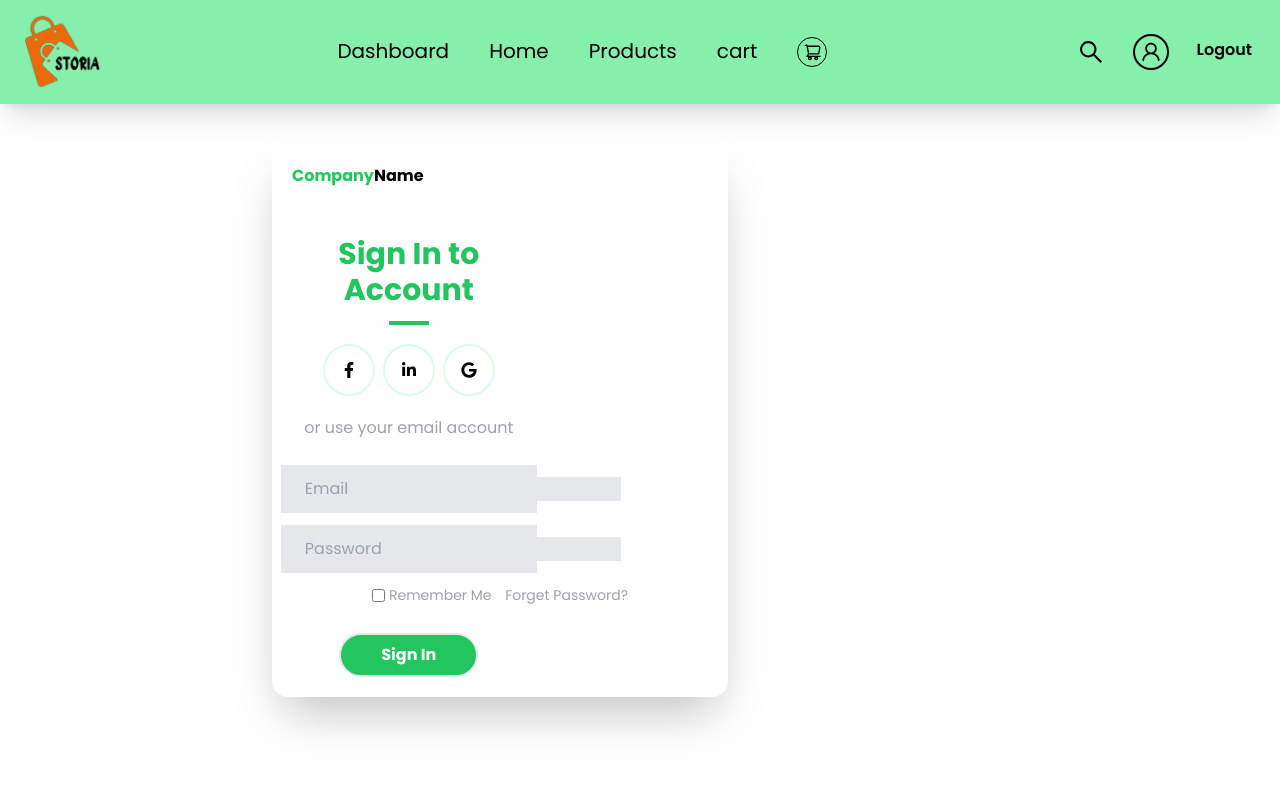
Repository: Wafaabahgat/Mtjar
Page: /signup
These files come from the project's save history. The page is drawn as it stood at one moment and after a run of saves; the edit follows.
The browser window is 1280 px wide. The pictures show the whole page.
The project was rebuilt for these pictures with package versions that can differ from the ones it lists, and the page was loaded fresh each time. Also part of the build but not shown: vite.config.js, src/models/form-model-login.jsx, src/components/Auth/Login.jsx, src/pages/Home.jsx.

Above is the page before, as saved 2023-10-04 01:10:24.

### index.html
<!DOCTYPE html>
<html lang="en">
  <head>
    <meta charset="UTF-8" />
    <link rel="icon" type="image/svg+xml" href="/vite.svg" />
    <meta name="viewport" content="width=device-width, initial-scale=1.0" />
    <title>Vite + React</title>
  </head>
  <body>
    <div id="root" class="flex h-screen"></div>
    <script type="module" src="/src/main.jsx"></script>
  </body>
</html>

### src/main.jsx
import React from "react";
import ReactDOM from "react-dom/client";
import ".//index.css";
import { RouterProvider } from "react-router-dom";
import router from "./App";

ReactDOM.createRoot(document.getElementById("root")).render(
  <React.StrictMode>
    <RouterProvider router={router} />
  </React.StrictMode>
);

### src/index.css
@import url("https://fonts.googleapis.com/css2?family=Poppins:wght@300;400;500;600;700;800;900&display=swap");
@tailwind base;
@tailwind components;
@tailwind utilities;

* {
  margin: 0;
  padding: 0;
  font-family: "Poppins", sans-serif;
}

### src/App.jsx
import { createBrowserRouter } from "react-router-dom";
import ".//index.css";
import "./App.css";
import Login from "./components/Auth/Login";
import Signup from "./components/Auth/Signup";
import Home from "./pages/Home";
import Root from "./pages/Root";

const router = createBrowserRouter([
  {
    path: "/",
    element: <Root />,
    children: [
      {
        path: "/login",
        element: <Login />,
      },
      {
        path: "/signup",
        element: <Signup />,
      },
      {
        path: "/home",
        element: <Home />,
      },
    ],
  },
]);
export default router;

### src/components/Auth/Signup.jsx
import FormModelSignup from "../../models/form-model-signUp";
import MetaDate from "../../lib/metaDate";

const Signup = () => {
  return (
    <>
      <div className="flex flex-col items-center justify-center w-full flex-1 px-60 py-28">
        <div className="bg-white rounded-2xl shadow-2xl max-w-[800px] flex md:w-5/6">
          <MetaDate ttl="Register - page" disc="The register page" />
          <FormModelSignup />
        </div>
      </div>
    </>
  );
};

export default Signup;

### src/pages/Root.jsx
import { Outlet } from "react-router-dom";
import Navbar  from "../components/Layouts/Navbar";

const Root = () => {
  return (
    <div>
      <Navbar />
      <Outlet />
    </div>
  );
};

export default Root;

### src/lib/metaDate.tsx
import { FC } from "react";
import { Helmet } from "react-helmet";

interface metaDateProps {
  ttl: string;
  disc?: string;
}

const MetaDate: FC<metaDateProps> = ({ ttl, disc }) => {
  return (
    <Helmet>
      <title>{ttl}</title>
      <meta name="description" content={disc} />
    </Helmet>
  );
};

export default MetaDate;

### src/models/form-model-signUp.jsx
import Button from "../components/Ui/Button";
import SignupLoginForm from "../components/Form/SignupLoginForm";
import SignupLoginmodel from "./SignupLoginmodel";
import LoginForm from "../components/Form/LoginForm";

const FormModelSignup = () => {
  return (
    <>
      {/* SignIn */}
      <div className="w-3/5 p-5 md:w-4/5">
        <SignupLoginmodel text="Sign In to Account"/>
        <div className="flex flex-col items-center mt-[-15px]">
          <LoginForm />
        </div>
        <div className="flex justify-between w-64 my-3 mx-20">
          <label className="flex items-center  text-sm md:text-xs text-gray-400">
            <input type="checkbox" name="remember" className="mr-1" />
            Remember Me
          </label>
          <a
            href="#"
            className="text-sm md:text-xs text-gray-400 hover:text-green-500 "
          >
            Forget Password?
          </a>
        </div>
        <Button
          type="submit"
          text="Sign In"
          variant={"default"}
          className="bg-green-500"
        />
      </div>


    </>
  );
};

export default FormModelSignup;

### src/components/Layouts/Navbar.jsx
import { useState } from "react";
import { Link } from "react-router-dom";
import Logo from '../../assets/mainLogo.png'; // Adjust the path as needed

import {
  AiOutlineShoppingCart,
  AiOutlineUser,
  AiOutlineSearch,
  AiOutlineClose,
  AiOutlineMenu,
} from "react-icons/ai";

const Navbar = () => {
  const [nav, setNav] = useState(false);

  const handelNav = () => {
    setNav(!nav);
  };

  return (
    <div className="fixed left-0 top-0 w-full z-10 shadow-xl">
      <div className="max-w-[1740px] m-auto flex justify-between items-center p-3 bg-green-300">
        <Link to="/home">
          <img src={Logo} alt="Logo" className="w-[80px] ml-3 md:w-[60px]" />
        </Link>
        <ul className="flex text-xl md:text-sm sm:hidden">
          <Link>
            <li className="p-5">Dashboard</li>
          </Link>
          <Link>
            <li className="p-5">Home</li>
          </Link>
          <Link>
            <li className="p-5">Products</li>
          </Link>
          <Link>
            <li className="p-5"> cart</li>
          </Link>
          <Link>
            <li className="p-5">
              <AiOutlineShoppingCart className="text-3xl border p-1 rounded-full border-black md:text-2xl" />
            </li>
          </Link>
        </ul>

        {/* Mobile Screen */}
        <div className="hidden sm:block" onClick={handelNav}>
          {/* <AiOutlineMenu size={20} /> */}
          {nav ? <AiOutlineClose size={20} /> : <AiOutlineMenu size={20} />}
        </div>

        <div
          className={
            nav
              ? "hidden sm:block absolute top-0 mt-[70px] right-0 left-0 w-full h-screen text-center"
              : "hidden sm:block absolute top-0 mt-[70px] right-0 left-[-100%] w-full h-screen text-center"
          }
        >
          <ul>
            <Link>
              <li className="p-5 text-xl shadow-lg">Dashboard</li>
            </Link>
            <Link to="/home">
              <li className="p-5 text-xl shadow-lg">Home</li>
            </Link>
            <Link>
              <li className="p-5 text-xl shadow-lg">Products</li>
            </Link>
            <Link>
              <li className="p-5 text-xl shadow-lg">Cart</li>
            </Link>
            <Link>
              <li className="p-5 text-xl shadow-lg flex justify-center item-center">
                <AiOutlineShoppingCart className="text-3xl border p-1 rounded-full border-black " />
              </li>
            </Link>
          </ul>
        </div>

        {/* Profile */}
        <ul className="flex">
          <li className="p-3">
            <AiOutlineSearch className="text-4xl border-black p-1 md:text-3xl" />
          </li>
          <li className="p-3">
            <AiOutlineUser className="text-4xl border-2 rounded-full border-black p-1 md:text-3xl" />
          </li>
          <li className="p-4 font-semibold ">
            <Link to="/login">Logout</Link>
          </li>
        </ul>
      </div>
    </div>
  );
};

export default Navbar;

### src/components/Ui/Button.tsx
import React from "react";
import { cva, type VariantProps } from "class-variance-authority";
import { cn } from "../../lib/utils";

interface ButtonProps
  extends ButtonHTMLAttributes<HTMLButtonElement>,
    VariantProps<typeof buttonVariants> {
  text?: string;
}
const buttonVariants = cva(
  "border-2 px-10 py-2 md:py-1 md:px-5 rounded-full font-bold mt-4",
  {
    variants: {
      variant: {
        default: "text-white hover:bg-white hover:text-green-500",
      },
    },
  }
);

const Button = ({
  className,
  variant,
  type,
  size,
  text,
  children,
  ...props
}) => {
  return (
    <button className={cn(buttonVariants({ variant, className }))}>
      {text}
    </button>
  );
};

export default Button;

### src/models/SignupLoginmodel.jsx
import Icon from "../components/Ui/Icon";
const SignupLoginmodel = ({ text }) => {
  return (
    <>
      <div className="font-bold text-left">
        <span className="text-green-500 ">Company</span>Name
      </div>
      <div className="py-10 ">
        <h2 className="text-green-500 font-bold text-3xl mt-2 lg:text-2xl md:text-xl">
          {text}
        </h2>
        <span className="border-2 border-green-500 inline-block w-10 "></span>
        <Icon />
        <p className=" text-gray-400 mt-5 ">or use your email account</p>
      </div>
    </>
  );
};

export default SignupLoginmodel;

### src/components/Form/LoginForm.jsx
import { FaRegEnvelope } from "react-icons/fa";
import { MdLockOutline } from "react-icons/md";
import FormInput from "./FormInput";

const LoginForm = () => {
  return (
    <>
      <div className="bg-gray-200 w-64 flex items-center p-3 lg:w-61 mb-3">
        <FaRegEnvelope className="mr-3 text-gray-400 " />
        <FormInput type="email" name="email" placeholder="Email" />
      </div>
      <div className="bg-gray-200 w-64 flex items-center p-3 lg:w-61">
        <MdLockOutline className="mr-3 text-gray-400 " />
        <FormInput type="password" name="password" placeholder="Password" />
      </div>

    </>
  );
};

export default LoginForm;

### src/components/Ui/Icon.jsx
import { FaFacebookF, FaLinkedinIn, FaGoogle } from "react-icons/fa";

const Icon = () => {
  return (
    <>
      <div className="flex justify-center ">
        <a className="border-2 rounded-full p-4 mr-2 border-green-100 mt-3 cursor-pointer hover:bg-green-500 hover:text-white">
          <FaFacebookF />
        </a>
        <a className="border-2 rounded-full p-4 mr-2 border-green-100 mt-3 cursor-pointer hover:bg-green-500 hover:text-white">
          <FaLinkedinIn />
        </a>
        <a className="border-2 rounded-full p-4 border-green-100 mt-3 cursor-pointer hover:bg-green-500 hover:text-white">
          <FaGoogle />
        </a>
      </div>
    </>
  );
};

export default Icon;

### src/components/Form/FormInput.jsx
const FormInput = ({ name, type, placeholder, error, ...props }) => {
  return (
    <div >
      <input name={name} type={type} placeholder={placeholder} className="bg-gray-200 outline-none"/>
    </div>
  );
};

export default FormInput;

### tailwind.config.js
/** @type {import('tailwindcss').Config} */
export default {
  content: ["./index.html", "./src/**/*.{js,ts,jsx,tsx}"],
  theme: {
    extend: {},

    screens: {
      xl: { max: "1200px" },
      lg: { max: "991px" },
      md: { max: "767px" },
      sm: { max: "550px" },
      xsm: { max: "375px" },
    },
  },
  plugins: [],
};

### src/components/Form/SignupLoginForm.jsx


const SignupLoginForm = () => {
  return (
    <>
      <h2 className="text-white text-3xl font-bold mb-2 lg:text-2xl md:text-xl">
        Hello,Friend!
      </h2>
      <span className="border-2 w-10 inline-block mb-3"></span>
      <p className="text-white mb-2 md:text-sm">
        full up your personality information and start journey with us
      </p>
    </>
  );
};

export default SignupLoginForm;

Loaded but not shown: src/App.css (common file); src/lib/utils.ts (common file)

After the next 2 saves:
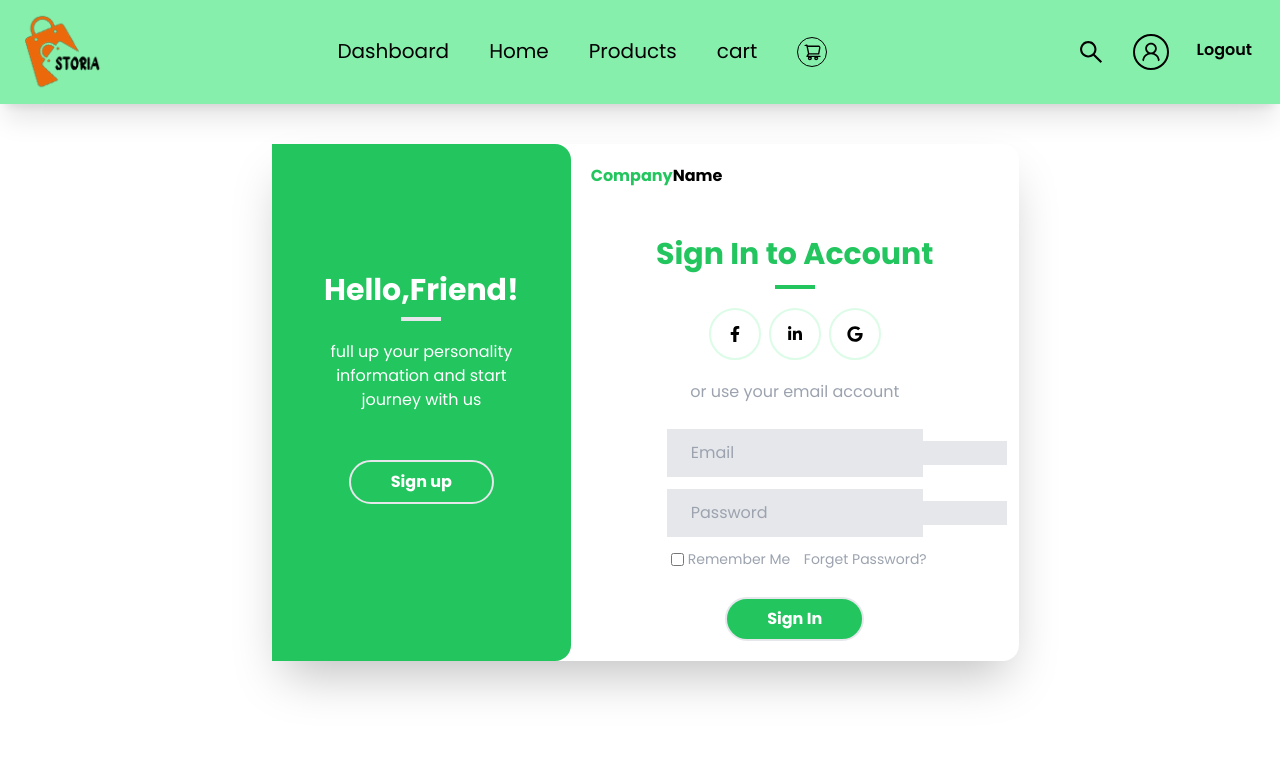
The 2 saves are shown as one change because they came seconds apart.
The last was saved 5 s later.
--- a/src/models/form-model-signUp.jsx
+++ b/src/models/form-model-signUp.jsx
@@ -6,9 +6,19 @@ import LoginForm from "../components/Form/LoginForm";
 const FormModelSignup = () => {
   return (
     <>
+      {/* signUp */}
+      <div className="w-2/5 lg:w-3/5 bg-green-500 rounded-tr-2xl rounded-br-2xl py-32 px-12">
+        <SignupLoginForm />
+        <Button
+          type="submit"
+          text="Sign up"
+          variant={"default"}
+          className="mt-[40px]"
+        />
+      </div>
       {/* SignIn */}
       <div className="w-3/5 p-5 md:w-4/5">
-        <SignupLoginmodel text="Sign In to Account"/>
+        <SignupLoginmodel text="Sign In to Account" />
         <div className="flex flex-col items-center mt-[-15px]">
           <LoginForm />
         </div>
@@ -31,8 +41,6 @@ const FormModelSignup = () => {
           className="bg-green-500"
         />
       </div>
-
-
     </>
   );
 };
